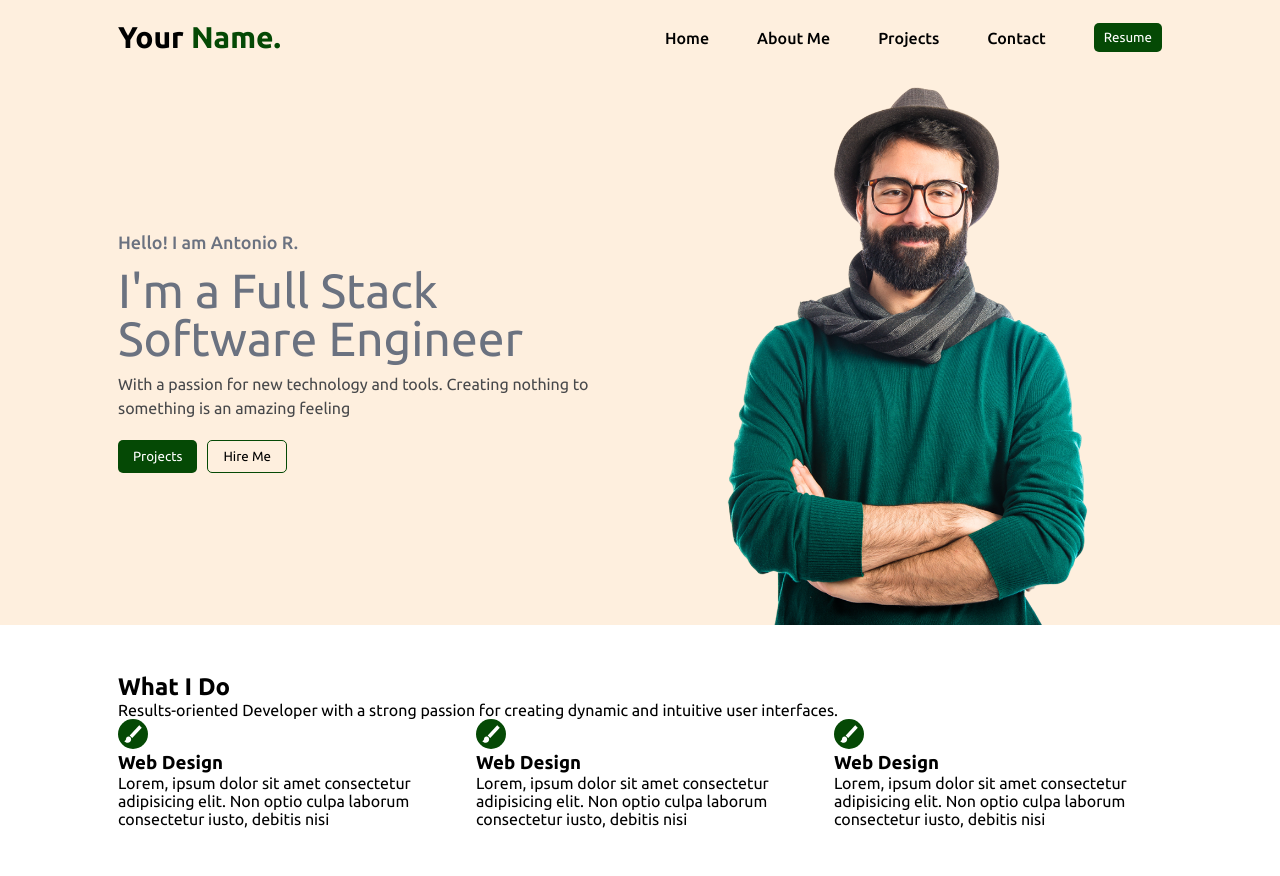
Repository: DevAntonioRogers/vanilla-portfolio
Page: index.html
The author's editor kept a copy of each file at every save. The page is drawn from the files as they stood at one save, then again after the next save.
The browser window is 1280 px wide. The pictures show the whole page.

Above is the page before, as saved 2023-07-14 22:50:31.

### index.html
<!DOCTYPE html>
<html lang="en">
  <head>
    <meta charset="UTF-8" />
    <meta name="viewport" content="width=device-width, initial-scale=1.0" />
    <link rel="stylesheet" href="style.css" />
    <script type="module" src="https://unpkg.com/ionicons@7.1.0/dist/ionicons/ionicons.esm.js"></script>
    <script nomodule src="https://unpkg.com/ionicons@7.1.0/dist/ionicons/ionicons.js"></script>
    <title>Antonio Rogers</title>
  </head>
  <body>
    <nav>
      <div class="container navbar">
        <a href="/" aria-label="Home">
          <h1>Your <span>Name.</span></h1></a
        >
        <ul>
          <li>
            <a href="/" aria-label="Home">Home</a>
          </li>
          <li>
            <a href="/" aria-label="About Me">About Me</a>
          </li>
          <li>
            <a href="/" aria-label="Projects">Projects</a>
          </li>
          <li>
            <a href="/" aria-label="Contact">Contact</a>
          </li>
          <li>
            <a href="/resume.pdf" download aria-label="Download Resume">
              <button class="navbar-button">Resume</button>
            </a>
          </li>
        </ul>
      </div>
    </nav>

    <section class="hero">
      <div class="container hero-container">
        <div class="hero-info">
          <h4>Hello! I am Antonio R.</h4>
          <h1>I'm a Full Stack Software Engineer</h1>
          <p>With a passion for new technology and tools. Creating nothing to something is an amazing feeling</p>

          <div class="hero-btn-container">
            <button>Projects</button>
            <button>Hire Me</button>
          </div>
        </div>

        <div class="hero-image-container">
          <img src="hero.png" alt="" />
        </div>
      </div>
    </section>

    <section class="skills">
      <div class="container skills-container">
        <div class="skills-heading">
          <h2>What I Do</h2>
          <p>
            Results-oriented Developer with a strong passion for creating dynamic and
            <span>intuitive user interfaces</span>.
          </p>
        </div>

        <div class="skills-boxes">
          <div class="skill-box">
            <ion-icon name="brush-sharp"></ion-icon>
            <h3>Web Design</h3>
            <p>
              Lorem, ipsum dolor sit amet consectetur adipisicing elit. Non optio culpa laborum consectetur iusto,
              debitis nisi
            </p>
          </div>
          <div class="skill-box">
            <ion-icon name="brush-sharp"></ion-icon>
            <h3>Web Design</h3>
            <p>
              Lorem, ipsum dolor sit amet consectetur adipisicing elit. Non optio culpa laborum consectetur iusto,
              debitis nisi
            </p>
          </div>
          <div class="skill-box">
            <ion-icon name="brush-sharp"></ion-icon>
            <h3>Web Design</h3>
            <p>
              Lorem, ipsum dolor sit amet consectetur adipisicing elit. Non optio culpa laborum consectetur iusto,
              debitis nisi
            </p>
          </div>
        </div>
      </div>
    </section>
  </body>
</html>

### style.css
@import url("https://fonts.googleapis.com/css2?family=Ubuntu:wght@300;400;500;700&display=swap");

* {
  box-sizing: border-box;
  padding: 0;
  margin: 0;
  font-family: "Ubuntu", sans-serif;
}

a {
  text-decoration: none;
  color: inherit;
}

li {
  list-style: none;
}

.container {
  width: 89%;
  margin: auto;
  max-width: 1044px;
}

ion-icon {
  background-color: rgb(5, 73, 5);
  padding: 5px;
  font-size: 20px;
  color: white;
  border-radius: 50px;
}

/* NAVBAR STYLING */

nav {
  background: #feefde;
  padding: 20px 0;
}

.navbar {
  display: flex;
  justify-content: space-between;
  align-items: center;
}

.navbar h1 {
  font-size: 30px;
  font-weight: 700;
}

.navbar span {
  color: rgb(5, 73, 5);
}

.navbar ul {
  display: flex;
  align-items: center;
  gap: 3rem;
}

.navbar ul li {
  font-weight: 500;
}

.navbar-button {
  background-color: rgb(5, 73, 5);
  padding: 7px 10px;
  border-radius: 5px;
  color: white;
  border: none;
}

/* HERO STYLES */

.hero {
  background-color: #feefde;
}

.hero-container {
  display: grid;
  grid-template-columns: repeat(2, minmax(0, 1fr));
  align-items: center;
  gap: 1.5rem;
}

.hero-image-container {
  display: flex;
  justify-content: center;
  align-items: center;
}

.hero-info h4 {
  font-size: 1.12rem;
  line-height: 1.75rem;
  color: #6b7280;
  font-weight: 500;
  margin-bottom: 10px;
}

.hero-info h1 {
  font-size: 3rem;
  line-height: 1;
  color: #6b7280;
  font-weight: 400;
  margin-bottom: 10px;
}

.hero-info p {
  font-size: 1rem;
  line-height: 1.5rem;
  font-weight: 400;
  color: #48494b;
}

.hero-btn-container {
  margin-top: 20px;
  display: flex;
  gap: 10px;
}
.hero-btn-container button:nth-child(1) {
  background-color: rgb(5, 73, 5);
  color: white;
  border: none;
  padding: 8px 15px;
  border-radius: 5px;
}

.hero-btn-container button:nth-child(2) {
  background-color: transparent;
  padding: 8px 15px;
  border-radius: 5px;
  border: solid 1px rgb(5, 73, 5);
}

.hero-container img {
  height: 550px;
  position: relative;
}

/* Skills Styles */

.skills {
  padding: 3rem 0;
}

.skills-boxes {
  display: grid;
  grid-template-columns: repeat(3, minmax(0, 1fr));
  gap: 30px;
}

.skill-box {
}

After the next save:
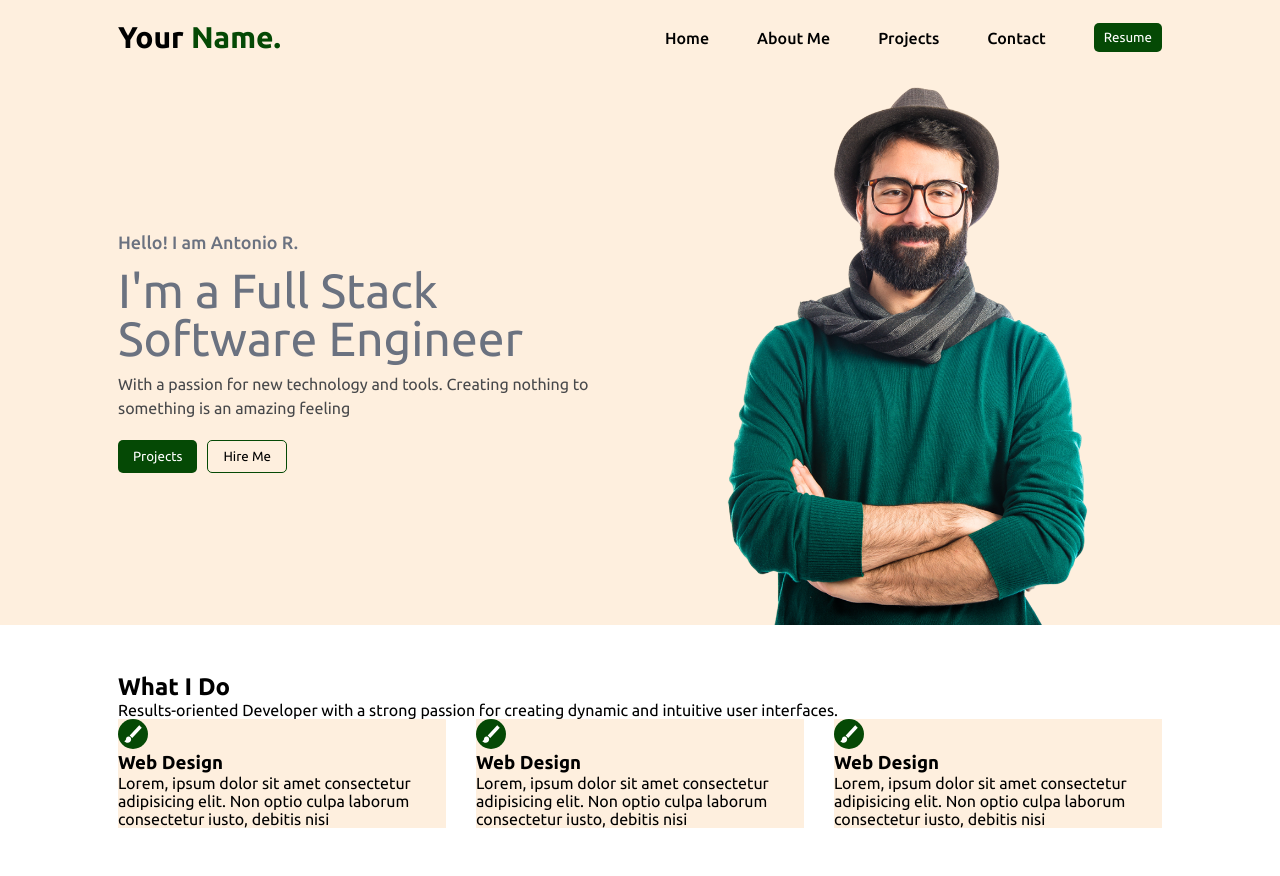
Saved 7 s later.
--- a/style.css
+++ b/style.css
@@ -150,4 +150,5 @@ nav {
 }
 
 .skill-box {
+  background-color: #feefde;
 }
